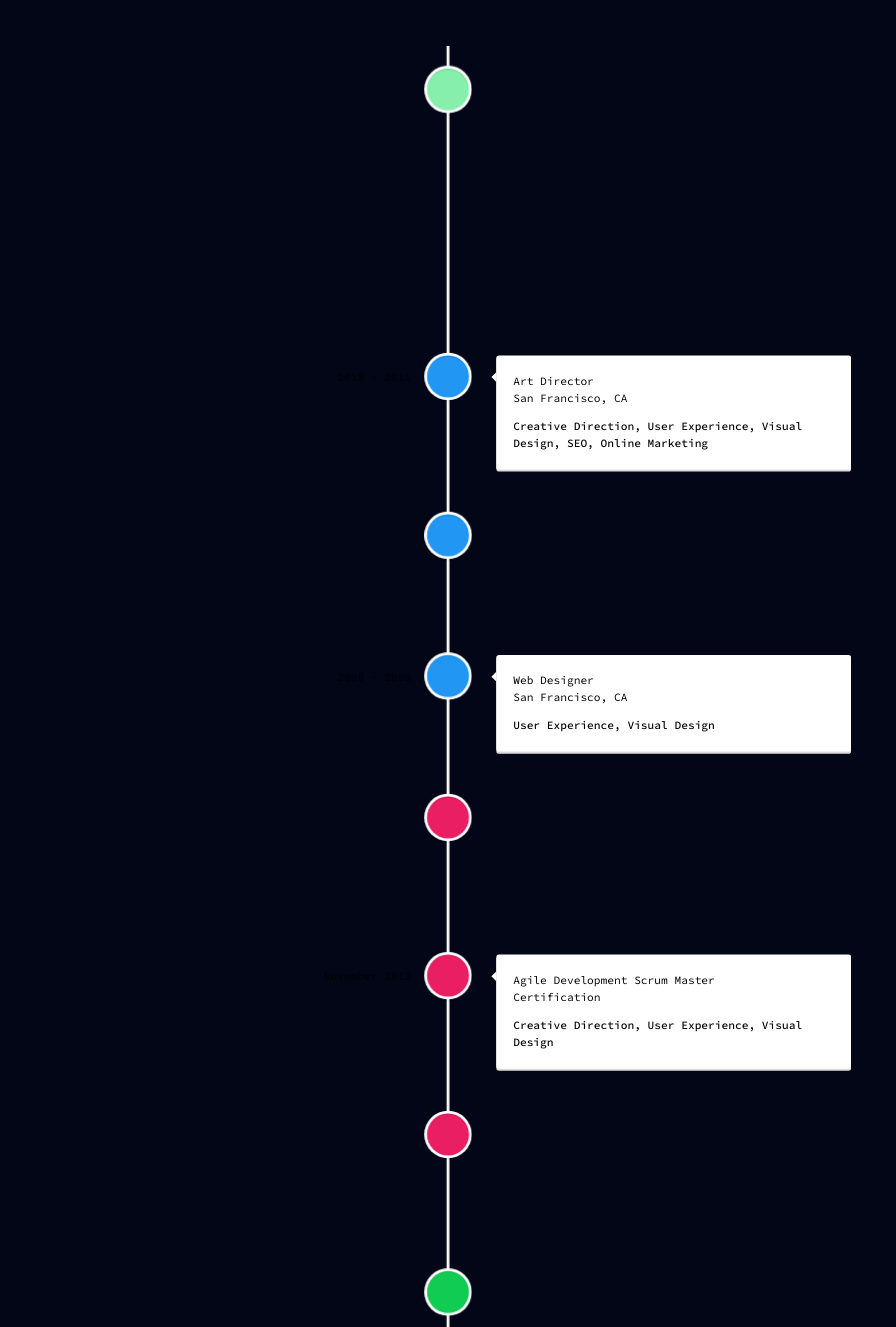
Repository: kayla-lin/graphic-design-timeline
Page: /
An editor plug-in stored every save of this project. The page is shown before and after the next save, followed by the edit.
The browser window is 1280 px wide. The pictures show the part of the page from y = 654 to 2574 px (the page is 2550 px tall before and 2574 px after), at 70% of full size.
The project was rebuilt for these pictures with package versions that can differ from the ones it lists, and the page was loaded fresh each time. The framework's server and built-in components were replaced by stand-ins that run in the browser. Also part of the build but not shown: next.config.js.

Above is the page before, as saved 2023-05-01 19:20:15.

After the next save:
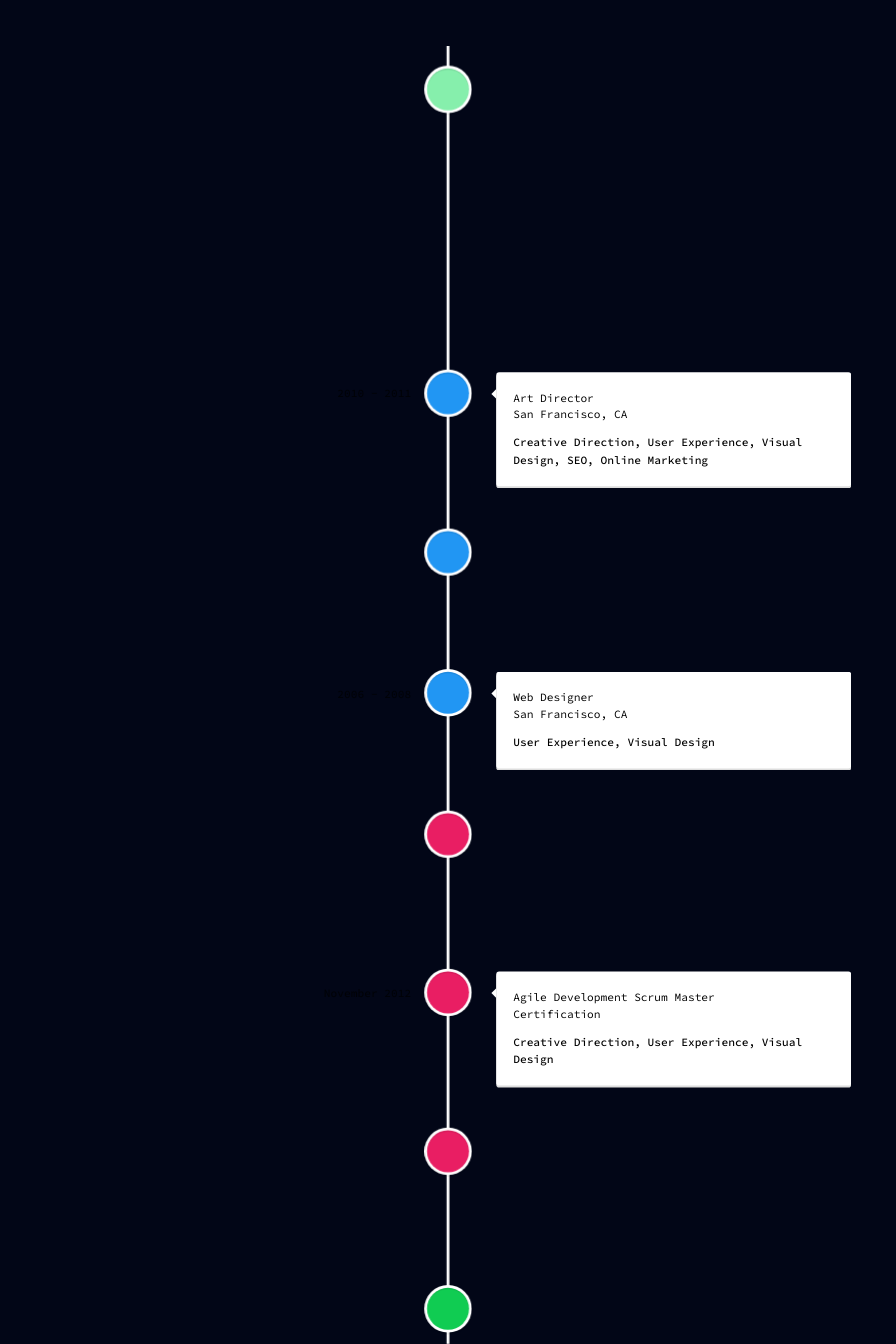
Saved 12 s later.
--- a/pages/index.tsx
+++ b/pages/index.tsx
@@ -16,8 +16,8 @@
       <Introduction />
       <VerticalTimeline>
         <TimelineElement
-          title={""}
-          date={""}
+          title="Rise of Skeuomorphism"
+          date="1980s"
           desc={
             "Skeuomorphism is a useful concept for design. It involves creating a design that mimics its real life counterpart. For example, an icon of a trash can for deleting files, or a floppy disk for the save functionality. It was useful because of its design affordance: a shape that suggests its use. Since graphical interfaces on the computer were new. Computer interfaces would be much more intuitive with skeuomorphism Skeuomorphism designs often had beveled edges, gradients, and reflections."
           }
